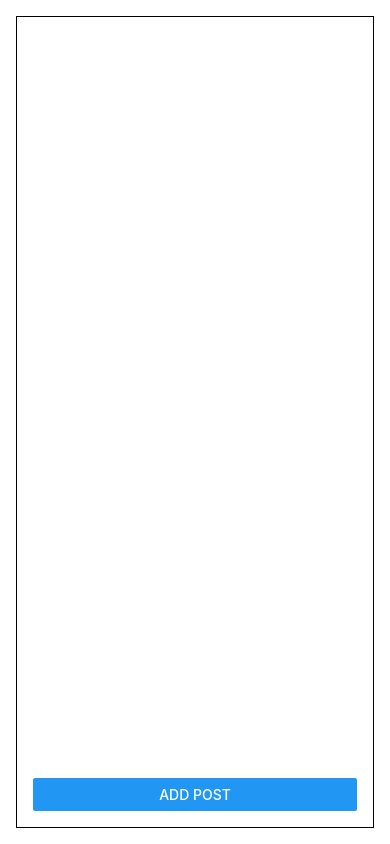
Repository: ntu34543/React-Native
Screen: / (app in demo/)
An editor plug-in stored every save of this project. The screen is shown before and after a run of saves, followed by the edit.
The page's requests for data from a server got no answer. The app was drawn by React Native's web renderer in a window 390 px wide. The project was rebuilt for these pictures with package versions that can differ from the ones it lists, and the page was loaded fresh each time. No one was signed in, and anything a server would have sent is missing.

Above is the screen before, as saved 2022-09-13 11:39:55.

### demo/App.js
import { StatusBar } from "expo-status-bar";
import { useEffect, useState } from "react";
import {
  Button,
  FlatList,
  StyleSheet,
  Text,
  View,
  TouchableOpacity,
} from "react-native";
import { AntDesign } from "@expo/vector-icons";

export default function App() {
  const [data, setData] = useState([]);

  const getPosts = () => {
    fetch("https://6995-14-224-144-137.ap.ngrok.io/posts")
      .then((res) => res.json())
      .then((resJson) => {
        console.log("data", resJson);
        setData(resJson);
      })
      .catch((e) => console.error(e));
  };

  const addPosts = (title, author) => {
    fetch("https://6995-14-224-144-137.ap.ngrok.io/posts", {
      method: "POST",
      headers: {
        "Content-Type": "application/json",
        Accept: "application/json",
      },
      body: JSON.stringify({
        title: title,
        author: author,
      }),
    })
      .then((res) => res.json())
      .then((resJson) => {
        console.log("data", resJson);
        setData(resJson);
      })
      .catch((e) => console.error(e));
  };

  useEffect(() => {
    getPosts();
  }, []);
  return (
    <View style={styles.container}>
      <StatusBar style="auto" />
      <FlatList
      style={styles.showItem}
        data={data}
        keyExtractor={(item, index) => index.toString()}
        renderItem={({ item }) => {
          return (
            <View style={styles.container}>
              <View></View>
              <View>
                <Text>{item.title}</Text>
                <Text>{item.author}</Text>
              </View>
              <TouchableOpacity>
                <AntDesign name="delete" size={24} />
              </TouchableOpacity>
            </View>
          );
        }}
      />
      <Button
        title="Add Post"
        onPress={() => {
          addPosts("title", "posts");
        }}
      />
    </View>
  );
}

const styles = StyleSheet.create({
  container: {
    flex: 1,
    backgroundColor: "#fff",
    justifyContent: "center",
    borderWidth: 1,
    borderColor: "black",
    padding: 16,
    margin: 16,
  },
  showItem: {

  },
});

After the next 3 saves:
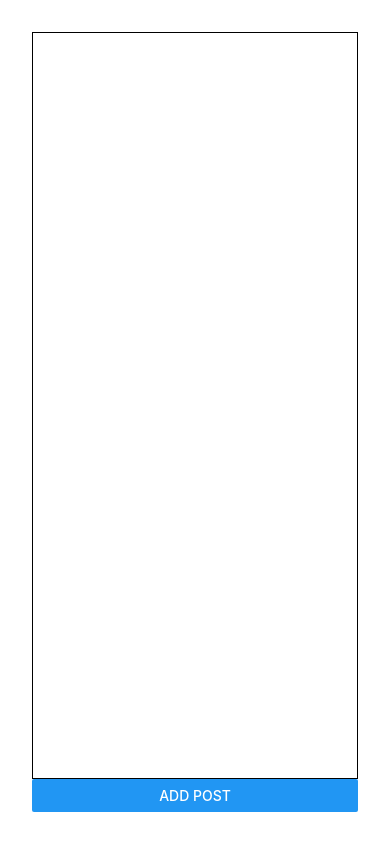
The 3 saves are shown as one change because they came seconds apart.
The last was saved 7 s later.
--- a/demo/App.js
+++ b/demo/App.js
@@ -50,7 +50,7 @@ export default function App() {
     <View style={styles.container}>
       <StatusBar style="auto" />
       <FlatList
-      style={styles.showItem}
+        style={styles.showItem}
         data={data}
         keyExtractor={(item, index) => index.toString()}
         renderItem={({ item }) => {
@@ -83,12 +83,11 @@ const styles = StyleSheet.create({
     flex: 1,
     backgroundColor: "#fff",
     justifyContent: "center",
-    borderWidth: 1,
-    borderColor: "black",
     padding: 16,
     margin: 16,
   },
   showItem: {
-
+    borderWidth: 1,
+    borderColor: "black",
   },
 });
